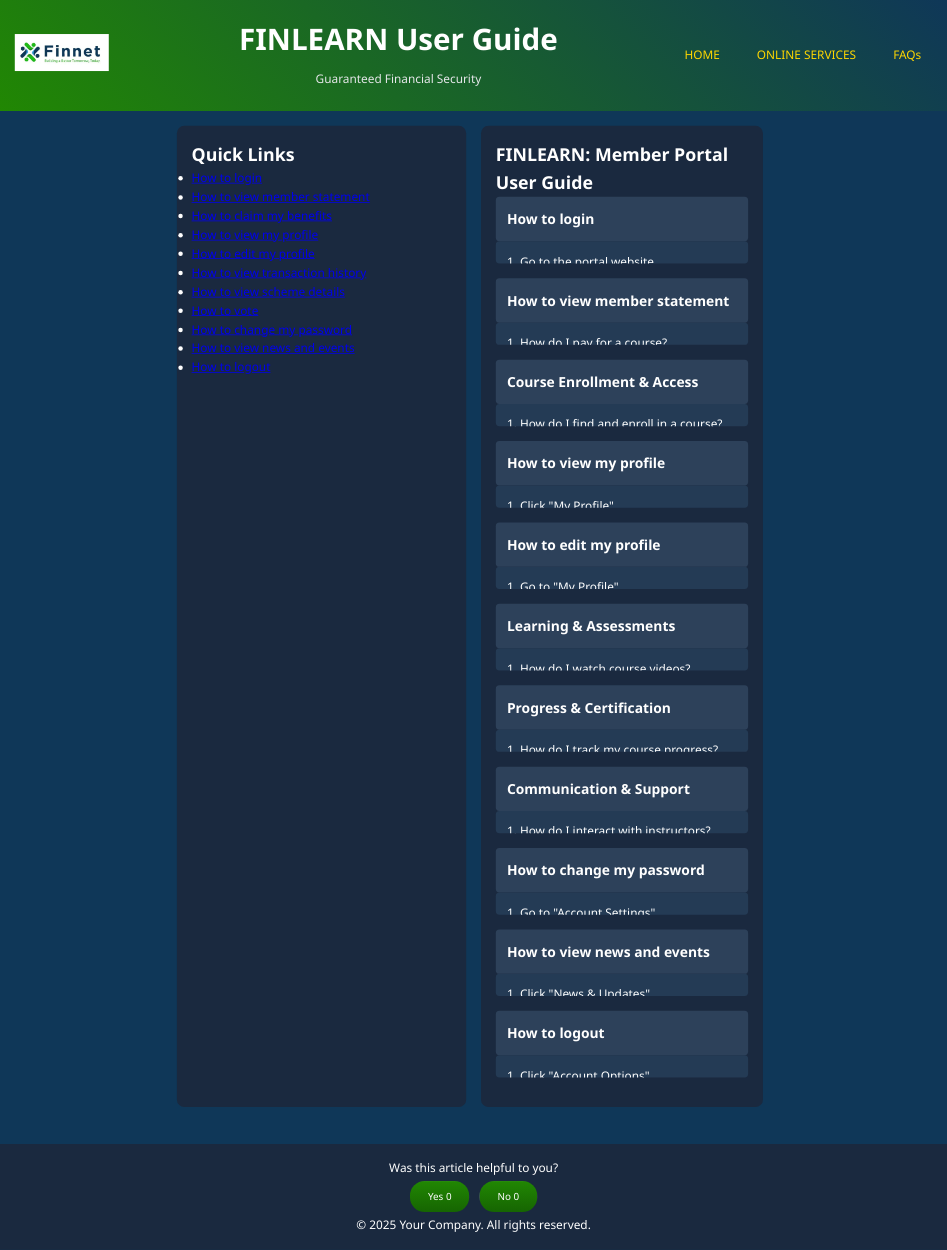
Repository: Ray700/Finnet
Page: index.html
The author's editor kept a copy of each file at every save. The page is drawn from the files as they stood at one save, then again after a run of saves.
The browser window is 1280 px wide. The pictures show the whole page, at 74% of full size.

Above is the page before, as saved 2025-03-16 14:54:05.

### index.html
<!DOCTYPE html>
<html lang="en">
<head>
    <meta charset="UTF-8">
    <meta name="viewport" content="width=device-width, initial-scale=1.0">
    <title>User Guide</title>
    <style>
        /* Global Styles */
        * {
            box-sizing: border-box;
            margin: 0;
            padding: 0;
            font-family: 'Segoe UI', Tahoma, Geneva, Verdana, sans-serif;
        }

        body {
            background-color: #0F3758;
            color: white;
            line-height: 1.6;
            min-height: 100vh;
            display: flex;
            flex-direction: column;
        }

        /* Header Styles */
        .header-container {
            display: flex;
            align-items: center;
            padding: 20px;
            background: linear-gradient(45deg, #218703, #0F3758);
            position: sticky;
            top: 0;
            z-index: 1000;
        }

        .logo img {
            height: 50px;
            width: auto;
            margin-right: 20px;
        }

        .header-text {
            flex: 1;
            text-align: center;
        }

        header h1 {
            margin: 0;
            font-size: 2.5rem;
            color: white;
        }

        header p {
            margin: 10px 0;
            color: #E5E7E9;
        }

        /* Navigation Styles */
        nav ul {
            list-style: none;
            display: flex;
            gap: 20px;
            margin-left: auto;
        }

        nav a {
            color: #FFD700;
            text-decoration: none;
            padding: 10px 15px;
            transition: all 0.3s ease;
        }

        nav a:hover {
            background-color: #166502;
            border-radius: 5px;
        }

        /* Main Content Styles */
        main {
            flex: 1;
            display: flex;
            flex-wrap: wrap;
            padding: 20px;
            gap: 20px;
            max-width: 1200px;
            margin: 0 auto;
        }

        aside, .content {
            background-color: #1A293F;
            border-radius: 10px;
            padding: 20px;
            flex: 1 1 25%;
        }

        aside {
            flex: 1 1 30%;
            margin-left: -10px;
            max-width: 50%;
        }

        .content {
            max-width: 70%;
        }

        /* Article Styles */
        .article {
            margin-bottom: 20px;
        }

        .article-title {
            cursor: pointer;
            padding: 15px;
            background-color: #2D415A;
            border-radius: 5px;
            transition: all 0.3s ease;
        }

        .article-content {
            max-height: 0;
            overflow: hidden;
            transition: max-height 0.3s ease;
            background-color: #243B55;
            padding: 15px;
            border-radius: 5px;
        }

        .article-content.active {
            max-height: 1000px;
        }

        /* Footer Styles */
        footer {
            background-color: #1A293F;
            padding: 20px;
            margin-top: 30px;
            text-align: center;
        }

        /* Button Styles */
        button {
            background-image: linear-gradient(to bottom, #218703, #166502);
            color: white;
            border: none;
            padding: 12px 24px;
            border-radius: 20px;
            cursor: pointer;
            margin: 5px;
            transition: all 0.3s ease;
        }

        button:hover {
            transform: scale(1.05);
            box-shadow: 0 0 10px rgba(0,0,0,0.3);
        }

        /* Responsive Styles */
        @media (max-width: 768px) {
            .header-container {
                flex-direction: column;
                align-items: flex-start;
            }

            nav ul {
                flex-direction: column;
                align-items: flex-start;
                margin: 20px 0 0;
            }

            aside, .content {
                flex-basis: 100%;
                margin-bottom: 20px;
            }
        }
    </style>
</head>
<body>
    <!-- Header Section -->
    <header>
        <div class="header-container">
            <div class="logo">
                <img src="logo.png" alt="Company Logo">
            </div>
            <div class="header-text">
                <h1>FINLEARN User Guide</h1>
                <p>Guaranteed Financial Security</p>
            </div>
            <nav>
                <ul>
                    <li><a href="#">HOME</a></li>
                    <li><a href="#">ONLINE SERVICES</a></li>
                    <li><a href="#">FAQs</a></li>
                </ul>
            </nav>
        </div>
    </header>

    <!-- Main Content -->
    <main>
        <!-- Navigation Sidebar -->
        <aside>
            <h2>Quick Links</h2>
            <ul>
                <li><a href="login.html" onclick="event.stopPropagation();">How to login</a></li>



<li><a href="memberstatement.html">How to view member statement</a></li>

                <li><a href="#" data-target="claimBenefits">How to claim my benefits</a></li>
                <li><a href="#" data-target="viewProfile">How to view my profile</a></li>
                <li><a href="#" data-target="editProfile">How to edit my profile</a></li>
                <li><a href="#" data-target="transactionHistory">How to view transaction history</a></li>
                <li><a href="#" data-target="schemeDetails">How to view scheme details</a></li>
                <li><a href="#" data-target="vote">How to vote</a></li>
                <li><a href="#" data-target="changePassword">How to change my password</a></li>
                <li><a href="#" data-target="newsEvents">How to view news and events</a></li>
                <li><a href="#" data-target="logout">How to logout</a></li>
            </ul>
        </aside>

        <!-- Article Content -->
        <section class="content">
            <h2>FINLEARN: Member Portal User Guide</h2>

            <!-- Article 1: Login -->
            <div class="article" id="login">
                <h3 class="article-title">How to login</h3>
                <div class="article-content">
                    <p>1. Go to the portal website</p>
                    <p>2. Enter your member ID</p>
                    <p>3. Enter your password</p>
                    <p>4. Click <a href="login.html" style="color: white;">Login</a></p>
                </div>
            </div>

            <!-- Article 2: Payments & Subscription -->
            <div class="article" id="viewStatement">
                <h3 class="article-title">How to view member statement</h3>
                <div class="article-content">
                    <p>1. How do I pay for a course?</p>
                    <p>2. How do I cancel or upgrade my subscription?</p>
                    <p>3. How do I apply a discount code?</p>
                    <p>4. How do I get a refund?</p>
                </div>
            </div>

            <!-- Article 3: Claim Benefits -->
            <div class="article" id="claimBenefits">
                <h3 class="article-title">Course Enrollment & Access</h3>
                <div class="article-content">
                    <p>1. How do I find and enroll in a course?</p>
                    <p>2. How do I access my enrolled courses?</p>
                    <p>3. How do I resume a course I started?</p>
                    <p>4. How do I download course materials?</p>
                </div>
            </div>

            <!-- Article 4: View Profile -->
            <div class="article" id="viewProfile">
                <h3 class="article-title">How to view my profile</h3>
                <div class="article-content">
                    <p>1. Click "My Profile"</p>
                    <p>2. View personal details</p>
                </div>
            </div>

            <!-- Article 5: Edit Profile -->
            <div class="article" id="editProfile">
                <h3 class="article-title">How to edit my profile</h3>
                <div class="article-content">
                    <p>1. Go to "My Profile"</p>
                    <p>2. Click "Edit Profile"</p>
                    <p>3. Update information</p>
                    <p>4. Save changes</p>
                </div>
            </div>

            <!-- Article 6: Learning & Assessments -->
            <div class="article" id="transactionHistory">
                <h3 class="article-title">Learning & Assessments</h3>
                <div class="article-content">
                    <p>1. How do I watch course videos?</p>
                    <p>2. How do I attempt quizzes and assignments?</p>
                    <p>3. How do I check my quiz or assignment scores?</p>
                    <p>4. How do I retake a failed quiz?</p>
                    <p>5. How do I participate in live classes or webinars?</p>
                    <p>6. How do I submit an assignment?</p>
                </div>
            </div>

            <!-- Article 7: Progress & Certification -->
            <div class="article" id="schemeDetails">
                <h3 class="article-title">Progress & Certification</h3>
                <div class="article-content">
                    <p>1. How do I track my course progress?</p>
                    <p>2. How do I complete a course?</p>
                    <p>3. How do I download my certificate?</p>
                </div>
            </div>

            <!-- Article 8: Communication & Support -->
            <div class="article" id="vote">
                <h3 class="article-title">Communication & Support</h3>
                <div class="article-content">
                    <p>1. How do I interact with instructors?</p>
                    <p>2. How do I join a discussion forum?</p>
                    <p>3. How do I message my classmates?</p>
                    <p>4. How do I report an issue or ask for support?</p>
                </div>
            </div>

            <!-- Article 9: Change Password -->
            <div class="article" id="changePassword">
                <h3 class="article-title">How to change my password</h3>
                <div class="article-content">
                    <p>1. Go to "Account Settings"</p>
                    <p>2. Click "Change Password"</p>
                    <p>3. Enter new password</p>
                    <p>4. Confirm changes</p>
                </div>
            </div>

            <!-- Article 10: News & Events -->
            <div class="article" id="newsEvents">
                <h3 class="article-title">How to view news and events</h3>
                <div class="article-content">
                    <p>1. Click "News & Updates"</p>
                    <p>2. Browse latest announcements</p>
                </div>
            </div>

            <!-- Article 11: Logout -->
            <div class="article" id="logout">
                <h3 class="article-title">How to logout</h3>
                <div class="article-content">
                    <p>1. Click "Account Options"</p>
                    <p>2. Select "Logout"</p>
                </div>
            </div>
        </section>
    </main>

    <!-- Footer Section -->
    <footer>
        <p>Was this article helpful to you?</p>
        <button id="yesBtn">Yes <span id="yesCount">0</span></button>
        <button id="noBtn">No <span id="noCount">0</span></button>
        <p>© 2025 Your Company. All rights reserved.</p>
    </footer>

    <!-- JavaScript Enhancements -->
    <script>
        // Collapsible Articles Functionality
        document.querySelectorAll('.article-title').forEach(title => {
            title.addEventListener('click', () => {
                const content = title.nextElementSibling;
                content.classList.toggle('active');
            });
        });

        document.querySelectorAll('aside a').forEach(link => {
            link.addEventListener('click', (e) => {
                e.preventDefault();
                const target = document.getElementById(link.getAttribute('data-target'));
                const content = target.querySelector('.article-content');
                content.classList.toggle('active');
            });
        });

        // Feedback Counter Animation
        function updateCounter(element, value) {
            element.textContent = value;
            element.style.transform = 'scale(1.2)';
            setTimeout(() => element.style.transform = 'scale(1)', 200);
        }

        // Yes Button Counter
        let yesCount = 0;
        document.getElementById('yesBtn').addEventListener('click', () => {
            yesCount++;
            updateCounter(document.getElementById('yesCount'), yesCount);
        });

        // No Button Counter
        let noCount = 0;
        document.getElementById('noBtn').addEventListener('click', () => {
            noCount++;
            updateCounter(document.getElementById('noCount'), noCount);
        });
    </script>
</body>
</html>

After the next 2 saves:
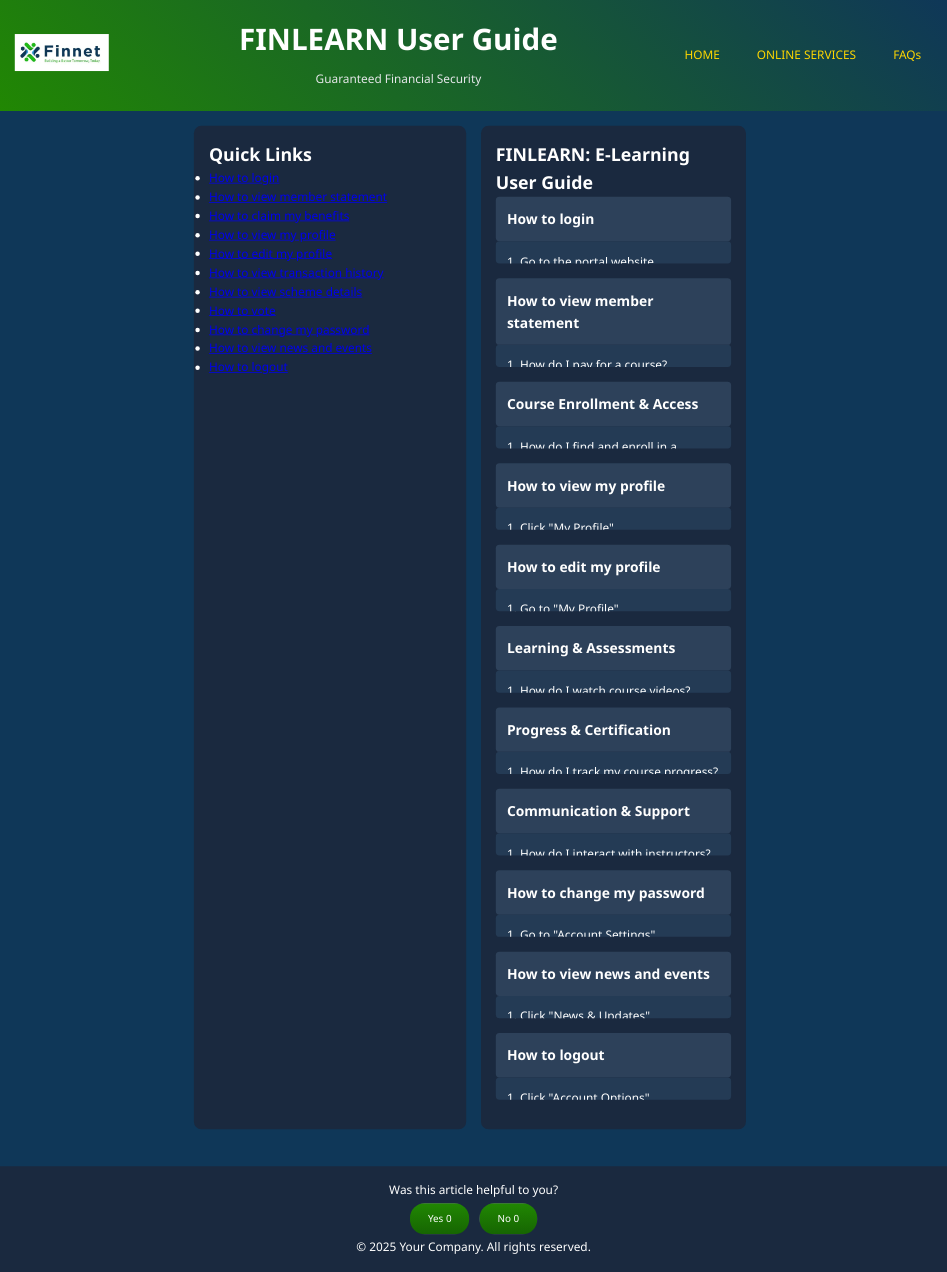
The 2 saves are shown as one change because they came seconds apart.
The last was saved 33 s later.
--- a/index.html
+++ b/index.html
@@ -221,7 +221,7 @@
 
         <!-- Article Content -->
         <section class="content">
-            <h2>FINLEARN: Member Portal User Guide</h2>
+            <h2>FINLEARN: E-Learning User Guide</h2>
 
             <!-- Article 1: Login -->
             <div class="article" id="login">
